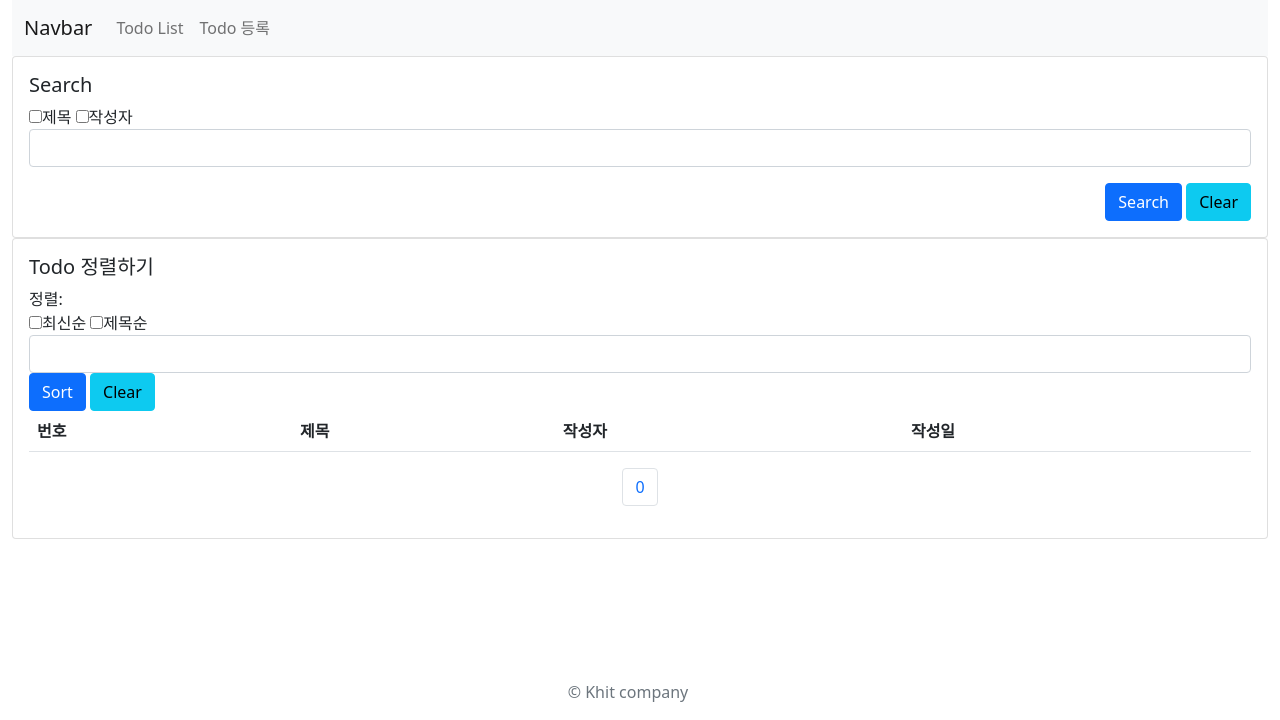
Repository: KyoungHwanJeong/springworks
Page: http://localhost/todoweb/WEB-INF/views/todo/list_sort.jsp
These files come from the project's save history. The page is drawn as it stood at one moment and after the next save; the edit follows.
The browser window is 1280 px wide. The pictures show the whole page.
The page is served by Tomcat 9. Nobody is signed in. The template is opened directly, without the code that normally fills it, so the values that code supplies are empty.

Above is the page before, as saved 2024-01-10 04:27:46.

After the next save:
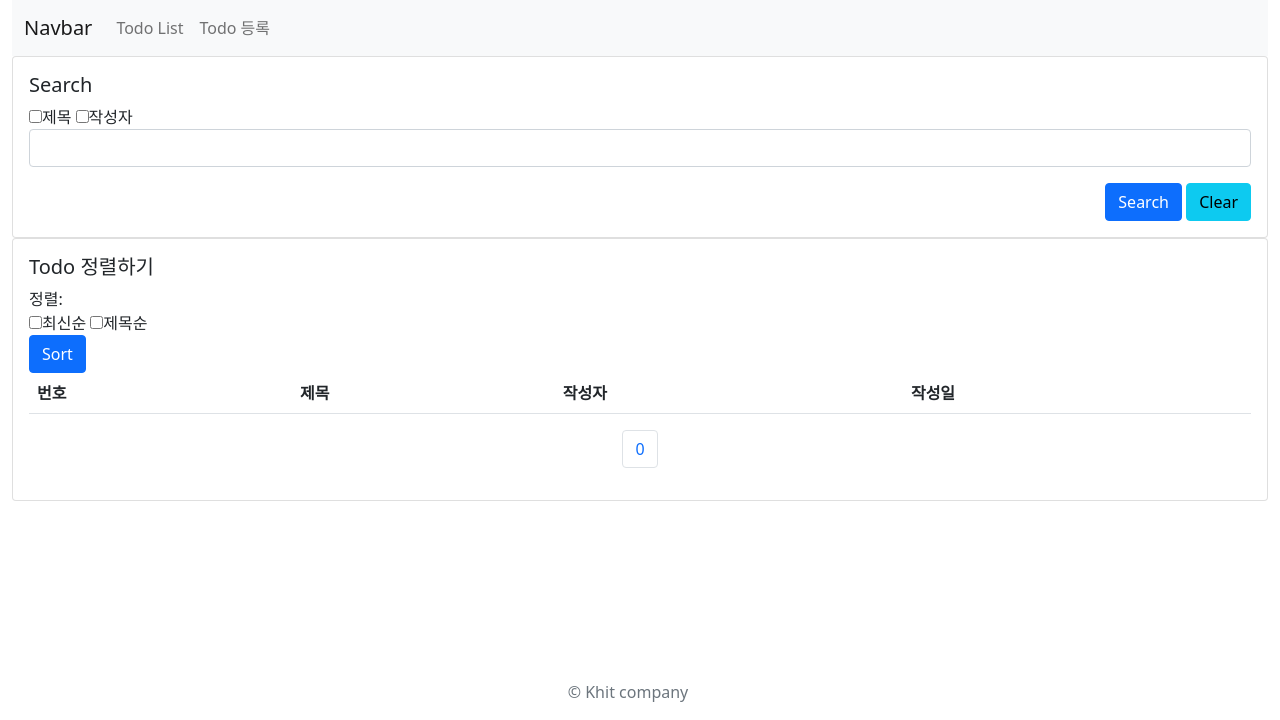
Saved 59 min 22 s later.
--- a/todoweb/src/main/webapp/WEB-INF/views/todo/list_sort.jsp
+++ b/todoweb/src/main/webapp/WEB-INF/views/todo/list_sort.jsp
@@ -48,11 +48,9 @@
 								<div>
 								<input type="checkbox" name="sorts" value="recent">최신순
 								<input type="checkbox" name="sorts" value="popular">제목순
-								<input type="text" name="keyword2" class="form-control">
 								</div>
 								<div>
 									<button type="submit" class="btn btn-primary">Sort</button>
-									<button type="reset" class="btn btn-info">Clear</button>
 								</div>
 
 								<!-- <select type="name" name="sort" class="sort">
